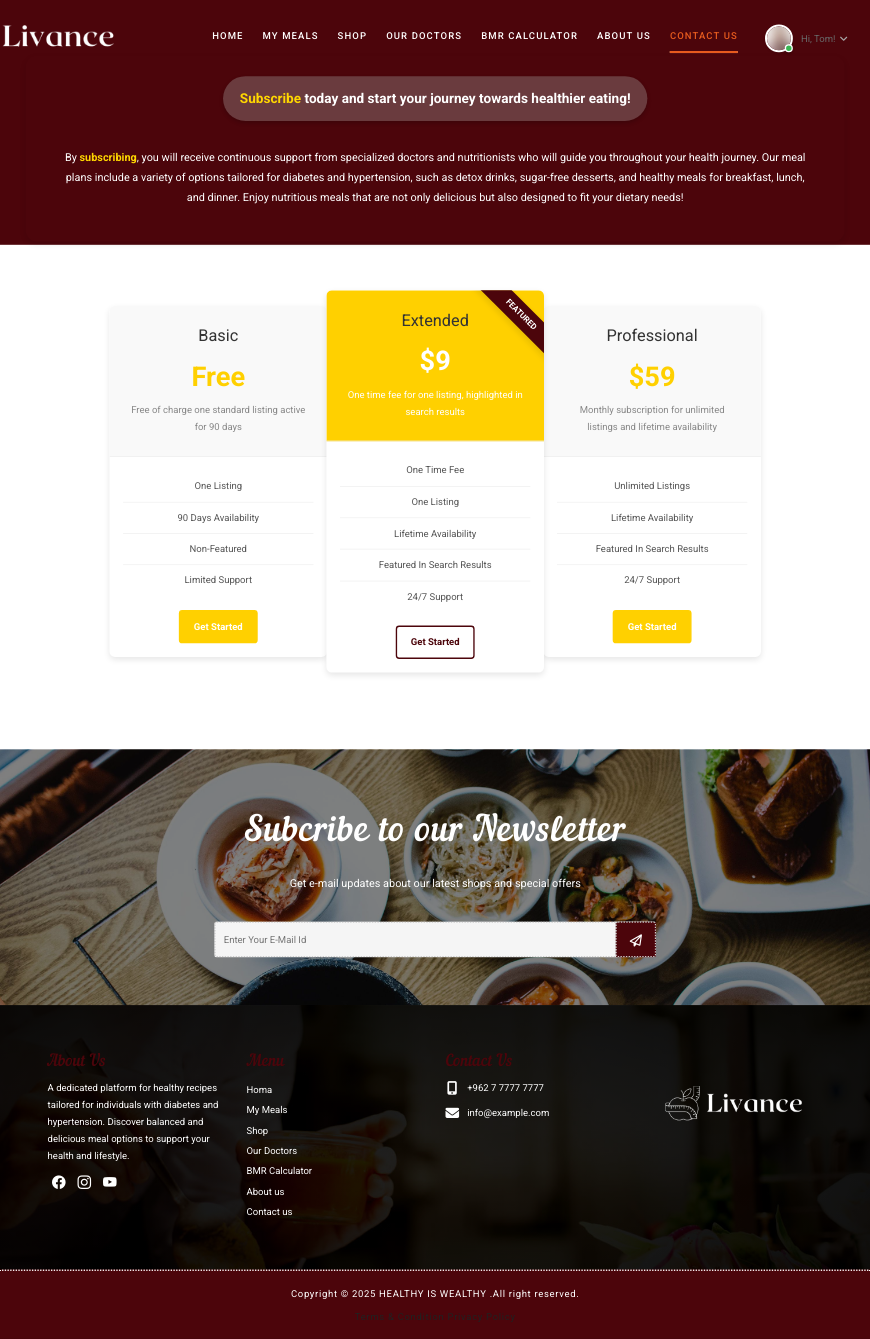
Repository: Surahailat/masterpiece
Page: masterpiece-p1/Payment .html
The author's editor kept a copy of each file at every save. The page is drawn from the files as they stood at one save, then again after the next save.
The browser window is 1280 px wide. The pictures show the whole page, at 68% of full size.
Backgrounds fixed to the window are drawn as part of the page. Some web fonts or font styles are not loaded; a fallback is used. Some web libraries are served in a nearby version.

Above is the page before, as saved 2025-02-08 17:31:04.

After the next save:
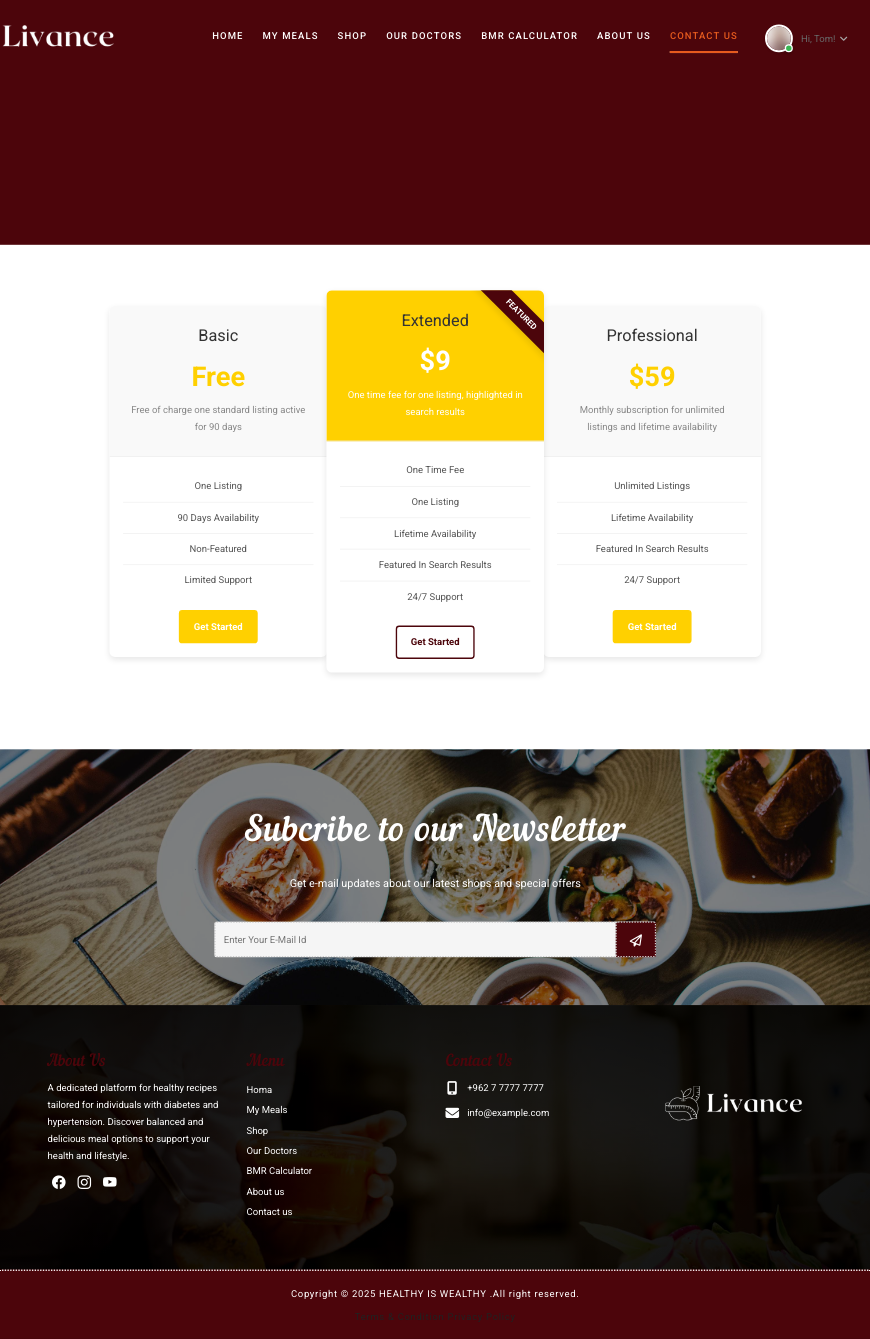
Saved 44 s later.
--- a/masterpiece-p1/Payment .html
+++ b/masterpiece-p1/Payment .html
@@ -112,21 +112,7 @@
     <!-- end site-header -->
 
     <div id="banner" class="banner full-screen-mode parallax">
-        <div class="subscribe-section">
-            <!-- العنوان -->
-            <div class="subscribe-header">
-                <span>Subscribe</span> today and start your journey towards healthier eating!
-            </div>
-
-            <!-- النص الرئيسي -->
-            <div class="subscribe-content">
-                By <span>subscribing</span>, you will receive continuous support from specialized doctors and
-                nutritionists who will guide you throughout your health journey.
-                Our meal plans include a variety of options tailored for diabetes and hypertension, such as detox
-                drinks, sugar-free desserts, and healthy meals for breakfast, lunch, and dinner.
-                Enjoy nutritious meals that are not only delicious but also designed to fit your dietary needs!
-            </div>
-        </div>
+
 
     </div>
     <!-- end banner -->
